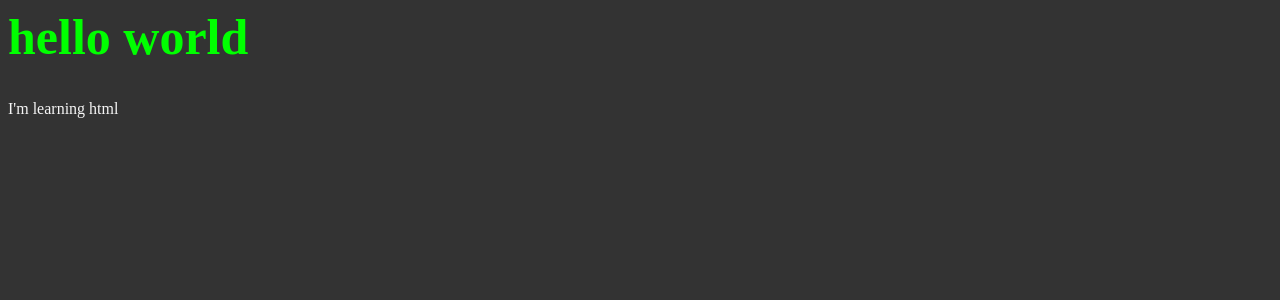
Repository: bao2222/hoc-lam-web
Page: icon.html
An editor plug-in stored every save of this project. The page is shown before and after the next save, followed by the edit.
The browser window is 1280 px wide. The pictures show the whole page.

Above is the page before, as saved 2024-11-17 20:08:16.

### icon.html
<html>
    <head>
        <title>this is website</title>
        <style>
            h1 {
                font-size: 50px;
                color: 00FF00;

            }
            body {
                background-color: #333;
                color:whitesmoke;
            }
        </style>

    </head>
    <body>
        <h1>hello world</h1>
        <p>I'm learning html</p>

    </body>


</html>

After the next save:
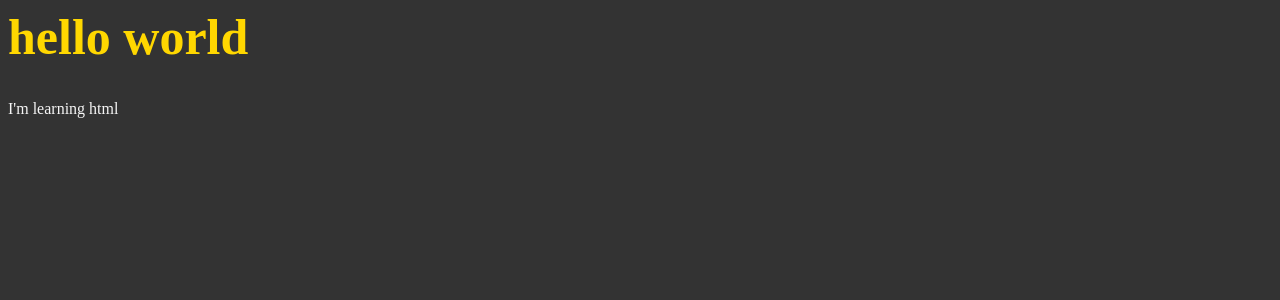
Saved 44 s later.
--- a/icon.html
+++ b/icon.html
@@ -4,7 +4,7 @@
         <style>
             h1 {
                 font-size: 50px;
-                color: 00FF00;
+                color: FFD700;
 
             }
             body {
